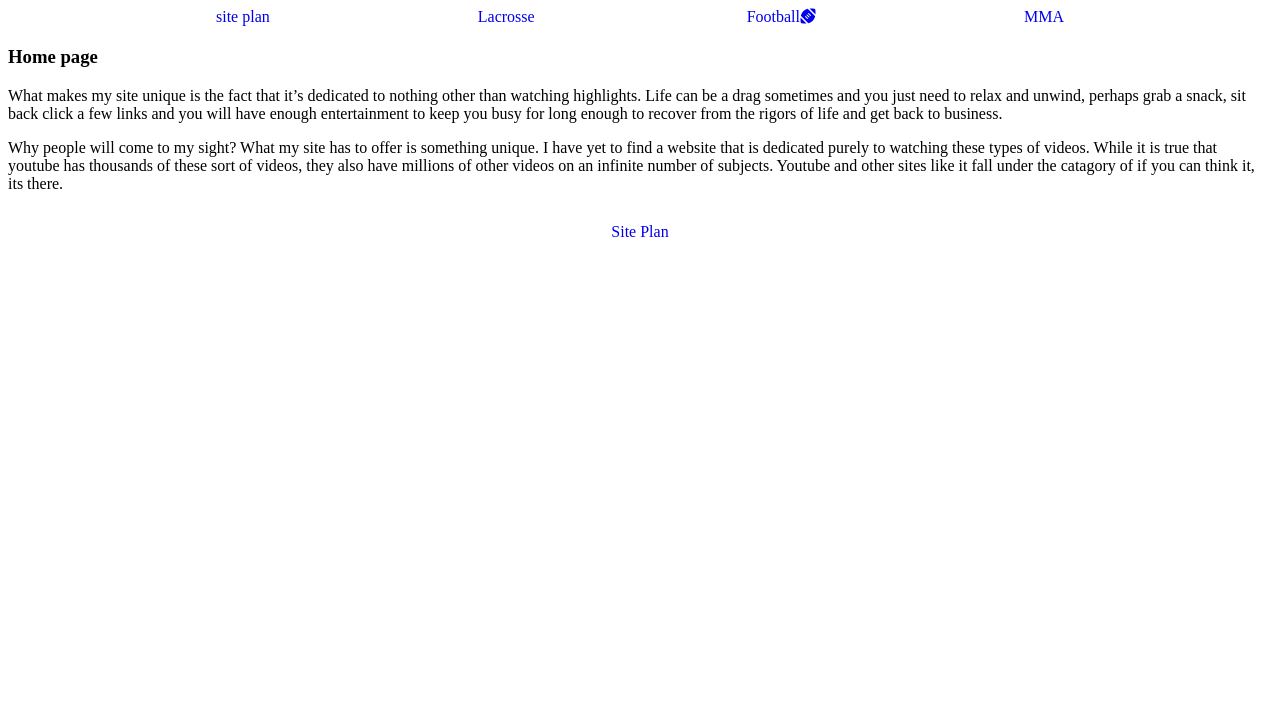
Repository: nak97/personal-site
Page: index.html
These files come from the project's save history. The page is drawn as it stood at one moment and after the next save; the edit follows.
The browser window is 1280 px wide. The pictures show the whole page.
Some icons come from a web library that is not loaded, so they are not drawn. Some web fonts or font styles are not loaded; a fallback is used. Some web libraries are served in a nearby version.

Above is the page before, as saved 2023-03-17 10:10:58.

After the next save:
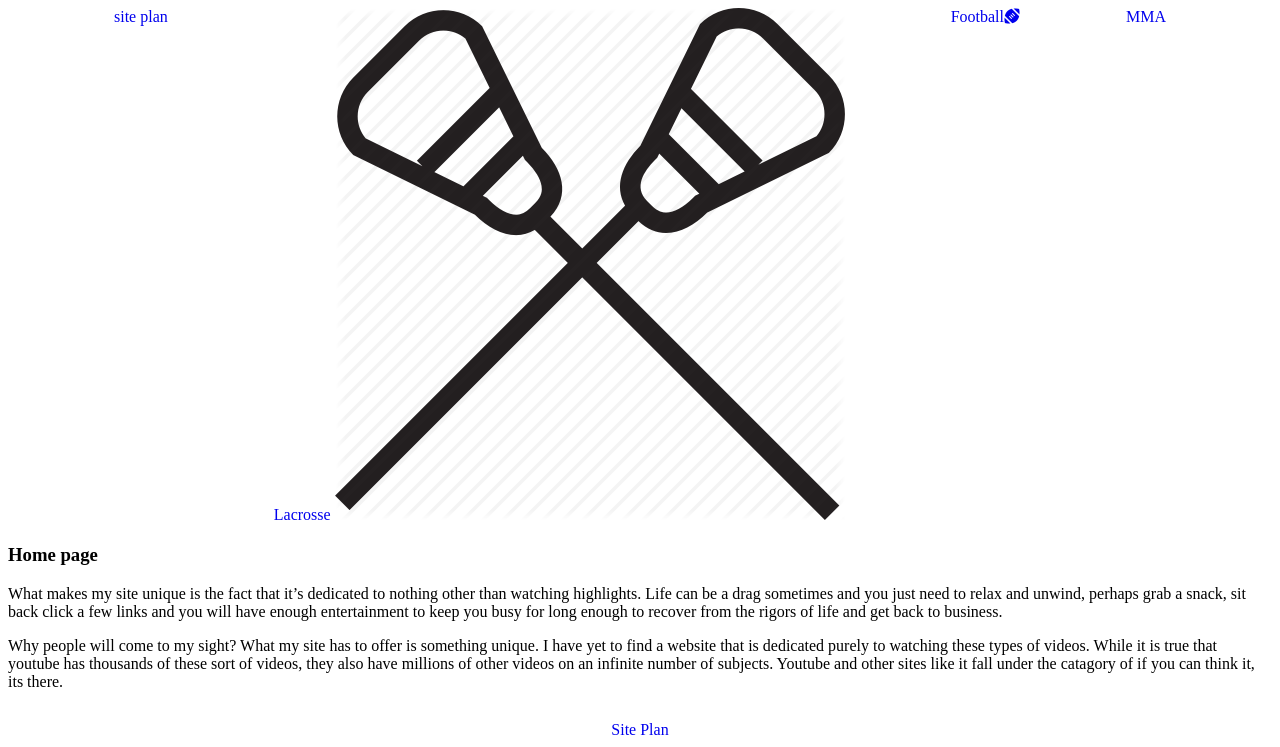
Saved 5 min 51 s later.
--- a/index.html
+++ b/index.html
@@ -11,7 +11,7 @@
 <body>
   <nav>
     <a href="site-plan.html">site plan</a>
-    <a href="lacrosse.html" target="_blank">Lacrosse <i class="fa-solid fa-lacrosse-stick-ball"></i></a>
+    <a href="lacrosse.html" target="_blank">Lacrosse <img src="./images/lacrosse-icon-10.jpg" alt=""></i></a>
     <a href="football.html" target="_blank">Football<i class="fa-solid fa-football"></i></a>
     <a href="mma.html" target="_blank">MMA <link rel="stylesheet" href="https://fonts.googleapis.com/css2?family=Material+Symbols+Outlined:opsz,wght,FILL,GRAD@20..48,100..700,0..1,-50..200" /></i></a>
   </nav>
